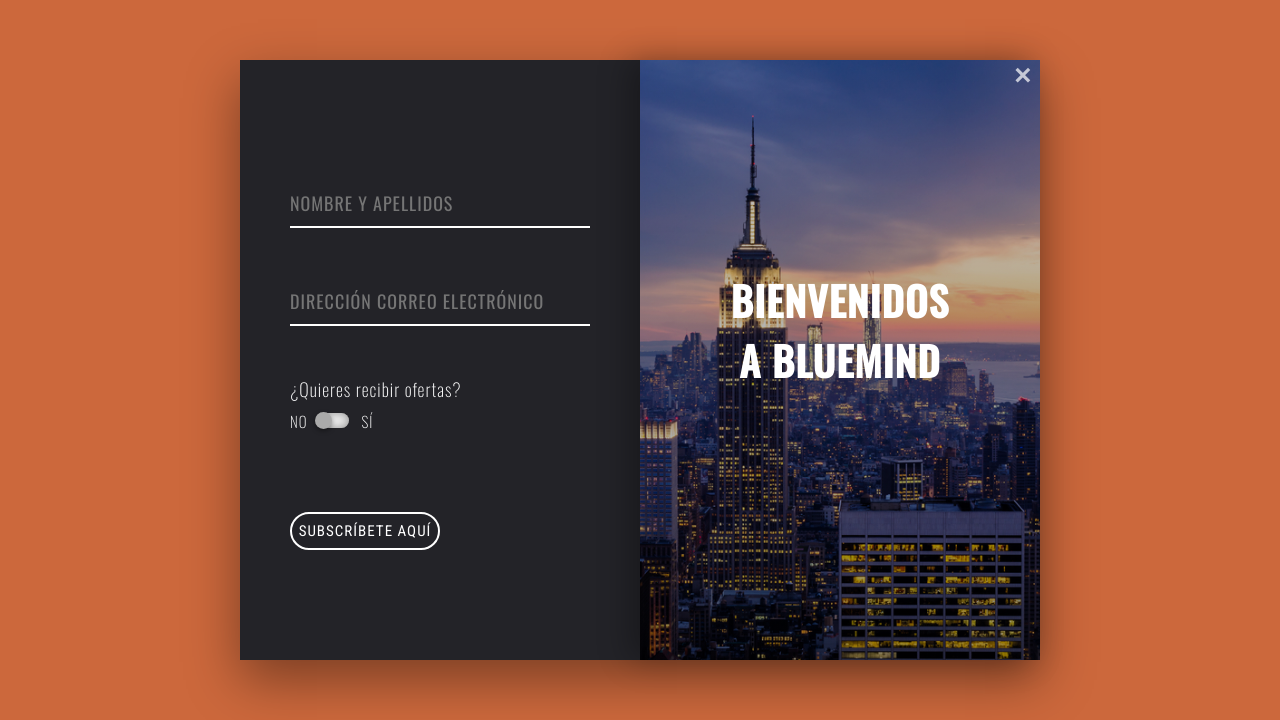
Repository: RaquelAlvarezz/Ejercicios-FormawebIV
Page: Formulario/index.html
An editor plug-in stored every save of this project. The page is shown before and after the next save, followed by the edit.
The browser window is 1280 px wide. The pictures show the whole page.
After loading, the first visible `button.banner-sub-here-btn` was clicked once.
Some web libraries are served in a nearby version.

Above is the page before, as saved 2021-11-23 12:56:12.

### Formulario/index.html
<!DOCTYPE html>
<html lang="es">
<head>
    <meta charset="UTF-8">
    <meta http-equiv="X-UA-Compatible" content="IE=edge">
    <meta name="viewport" content="width=device-width, initial-scale=1.0">
    <title>Formulario Inscripción</title>
    <link rel="stylesheet" href="https://use.fontawesome.com/releases/v5.3.1/css/all.css" integrity="sha384-mzrmE5qonljUremFsqc01SB46JvROS7bZs3IO2EmfFsd15uHvIt+Y8vEf7N7fWAU" crossorigin="anonymous">
    <link href="https://fonts.googleapis.com/css?family=Oswald:200,300,400,500|Roboto+Condensed:300,300i,400,400i,700,700i" rel="stylesheet">
    <link rel="stylesheet" href="css/styles.css">
    <link rel="icon" href="https://lh3.googleusercontent.com/proxy/iLEHHXcUK-X28HmqpzfNVjkdxhkdG-_PfK0vSEMkry-wnrLG-j4IqDrfDejFbzbjIlz1s-UCzpygYCWWsLXbGVNT2G_MOcw">
</head>
<body cz-shortcut-listen="true">
    <div class="container">
        <!-- Subscribe Here Screen -->
        <div class="banner-sub-here">
            <h1 class="banner-sub-here-heading">
                Subscríbete aquí
            </h1>
            <div class="arrow">
                <i class="fas fa-arrow-down"></i>
            </div>
            <button class="banner-sub-here-btn">Click Now</button>
        </div>
        <!-- form screen -->
        <div class="form-container">
            <form class="sign-up-form">
                <input type="text" class="form-input" placeholder="NOMBRE Y APELLIDOS">
                <input type="email" class="form-input" placeholder="DIRECCIÓN CORREO ELECTRÓNICO">
                <p>¿Quieres recibir ofertas?</p>
                <label>No</label>
                <input type="checkbox">
                <label>Sí</label>
                <button type="button">Subscríbete aquí</button>
            </form>
            <div class="header">
                <h1>Bienvenidos a BlueMind</h1>
            </div>
            <div class="x-btn">✕</div>
        </div>
    </div>
    <script src="js/script.js"></script>
</body>
</html>

### Formulario/css/styles.css
* {
	margin: 0;
	padding: 0;
}

element.style {
    background: rgb(49, 14, 90);
}
.container {
	width: 100%;
	height: 100vh;
	background: linear-gradient(rgba(0, 0, 0, .8), rgba(0, 0, 0, .7)), url(/Formulario/img/new-york-lighting-wallpaper-preview.jpg) center no-repeat;
	background-size: cover;
}

.banner-sub-here {
	color: #fff;
	width: 750px;
	position: absolute;
	top: 50%;
	left: 50%;
	transform: translate(-50%, -50%);
	/* banner text/elements */
	display: flex;
	flex-direction: column;
	justify-content: center;
	align-items: center;
	/* display: none; */
}

.banner-sub-here-heading {
	font-family: 'Roboto Condensed', sans-serif;
	font-size: 80px;
	text-transform: uppercase;
	margin-bottom: 80px;
	border-top: 7px solid #fff;
	border-bottom: 7px solid #fff;
}

.arrow {
	font-size: 50px;
	margin-bottom: 30px;
	animation: anim 3s infinite;
}

.banner-sub-here-btn {
	width: 200px;
	padding: 15px;
	font-family: 'Roboto Condensed', sans-serif;
	text-transform: uppercase;
	font-size: 17px;
	letter-spacing: 1px;
	background: transparent;
	color: #fff;
	border-radius: 50px;
	outline: none;
	cursor: pointer;
	border: 2px solid #fff;
	transition: transform;
}

.banner-sub-here-btn:hover {
	transform: translateY(-1px);
}

@keyframes anim {
	0% {
		transform: translateY(0);
	}
	20% {
		transform: translateY(0);
	}
	40% {
		transform: translateY(-30px);
	}
	50% {
		transform: translateY(0);
	}
	60% {
		transform: translateY(-15);
	}
	80% {
		transform: translateY(0);
	}
	100% {
		transform: translateY(0);
	}
}

.form-container {
	/* display: none; */
	display: flex;
	width: 800px;
	height: 600px;
	position: absolute;
	top: 50%;
	left: 50%;
	transform: translate(-50%, -50%);
	box-shadow: 0 20px 50px rgba(0, 0, 0, .4);
	/* can use fade effect ( can't if using display property)   */
	/* can use transistion with opacity */
	opacity: 0;
	visibility: hidden;
	transition: opacity 1s;
}

.sign-up-form {
	width: 50%;
	background-color: #232328;
	padding: 120px 50px;
	box-sizing: border-box; /* fixes size of element due to padding */
}

.form-input {
	width: 300px;
	font-family: 'Oswald', sans-serif;
	font-size: 18px;
	letter-spacing: 1px;
	color: white;
	background-color: transparent;
	border: none;
	border-bottom: 2px solid #fff;
	margin-bottom: 50px;
	outline: none;
	padding: 10px 0;
	transition: border-bottom-color .8s;
}

.form-input:focus {
	border-bottom-color: #4e024e;
}

.sign-up-form p {
	color: #fff;
	font-family: 'Oswald', sans-serif;
	font-size: 18px;
	letter-spacing: 1px;
	font-weight: 200;
	margin-bottom: 8px;
}

.sign-up-form label {
	color: #fff;
	font-family: 'Oswald', sans-serif;
	font-size: 15px;
	letter-spacing: 1px;
	font-weight: 200;
	text-transform: uppercase;
}

.sign-up-form input[type="checkbox"] {
	position: relative;
	/* chrome */
	-webkit-appearance: none;
	/* firefox */
	-moz-appearance: none;
	appearance: none;
	height: 15px;
	width: 30px;
	background-color: #eee;
	outline: none;
	border-radius: 20px;
	margin: 0 8px;
	/* inner shadow effect */
	box-shadow: inset 0 0 10px rgba(0, 0, 0, .4);
	transition: background-color .5s;
}

.sign-up-form input:checked[type="checkbox"] {
	background-color: #4e024e;
}

.sign-up-form input[type="checkbox"]::before {
	content: '';
	width: 17px;
	height: 17px;
	background-color: #aaa;
	position: absolute;
	border-radius: 50%;
	top: -1px;
	left: -4px;
	box-shadow: 0 2px 5px rgba(0, 0, 0, .4);
	transition: left .5s;
}

.sign-up-form input:checked[type="checkbox"]::before {
	left: 18px;
}

.sign-up-form button {
	width: 150px;
	display: block;
	margin-top: 80px;
	padding: 8px 5px;
	background-color: transparent;
	color: #fff;
	outline: none;
	border-radius: 50px;
	border: 2px solid #fff;
	text-transform: uppercase;
	cursor: pointer;
	font-family: 'Roboto Condensed', sans-serif;
	font-size: 15px;
	letter-spacing: 1px;
}

.header {
	width: 50%;
	background: linear-gradient(to top, rgba(0, 0, 0, .4), rgba(0, 0, 0, .2)), url(/Formulario/img/NYC-skyscrappers-sunset.jpg) center no-repeat;
	background-size: cover;
	box-shadow: -10px 0 30px rgba(0, 0, 0, .3);
	position: relative;
}

.header h1 {
	position: absolute;
	top: 35%;
	left: 50%;
	transform: translateX(-50%);
	text-align: center;
	color: #fff;
	font-family: 'Oswald', sans-serif;
	font-size: 40px;
	text-transform: uppercase;
	letter-spacing: 1px;
	text-shadow: #232328;
}

.x-btn {
	position: absolute;
	bottom: 95%;
	right: 1%;
	font-size: 23px;
	font-weight: bold;
	color: #ffffff;
	cursor: pointer;
	opacity: 0.7;
}

/* going down from desktop, at around 850 view started breaking */
@media (max-width: 850px) {
	.form-container {
		width: 600px;
		height: 400px;
	}
	.sign-up-form {
		padding: 50px 30px;
	}

	.form-input {
		width: 200px;
		font-size: 14px;
		margin-bottom: 25px;
		padding: 7px 0;
	}

	.sign-up-form p {
		font-size: 15pxx;
	}

	.sign-up-form label {
		font-size: 13px;
	}

	.sign-up-form input[type="checkbox"] {
		width: 25px;
		height: 12px;
	}

	.sign-up-form input[type="checkbox"]::before {
		width: 14px;
		height: 14px;
	}

	.sign-up-form button {
		margin-top: 50px;
		font-size: 13px;
		padding: 6px 4px;
		width: 120px;
		border-width: 1px;
	}

	.header h1 {
		font-size: 30px;
	}
}

@media (max-width: 800px) {
	.banner-sub-here {
		width: 450px;
	}
	.banner-sub-here-heading {
		font-size: 60px;
		margin-bottom: 40px;
		border-width: 4px;
	}
	.arrow {
		font-size: 30px;
	}

	.banner-sub-here-btn {
		width: 150px;
		padding: 10px;
		font-size: 15px;
	}
}

@media (max-width: 500px) {
	.banner-sub-here {
		width: 300px;
	}
	.banner-sub-here-heading {
		font-size: 40px;
	}
}

/* going down from desktop, at around 650 view started breaking */
@media (max-width: 650px) {
	.header {
		display: none;
	}
	.form-container {
		width: 300px;
	}

	.sign-up-form {
		width: 100%;
	}
}

### Formulario/js/script.js
// click button will hide subscriber page
//  and  form will fade in

document.querySelector('.banner-sub-here-btn').addEventListener('click', () => {
	//  want to hide banner sub page
	document.querySelector('.banner-sub-here').style.display = 'none';
	// form will fade in
	// cssText allows us to change several css properties
	document.querySelector('.form-container').style.cssText = 'opacity: 1; visibility: visible;';
	document.querySelector('.container').style.background = '#cc683c';
});

// click X to close will hide form and display subscriber page
document.querySelector('.x-btn').addEventListener('click', () => {
	document.querySelector('.banner-sub-here').style.display = 'flex';
	// form will fade in
	// cssText allows us to change several css properties
	document.querySelector('.form-container').style.cssText = 'opacity: 0; visibility: hidden;';
	document.querySelector('.container').style.cssText =
		'background: linear-gradient(rgba(0, 0, 0, .8), rgba(0, 0, 0, .7)), url(images/bg1.jpeg) center no-repeat;background-size: cover';
});

After the next save:
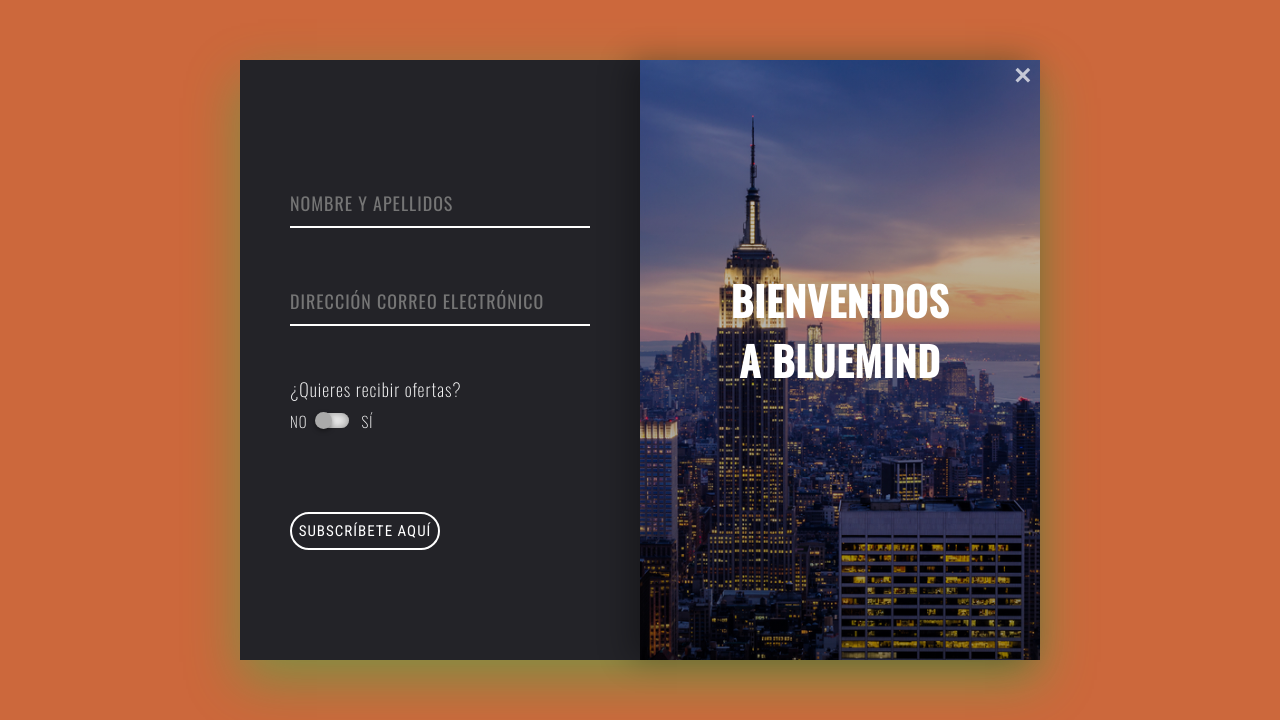
Saved 52 s later.
--- a/Formulario/css/styles.css
+++ b/Formulario/css/styles.css
@@ -3,9 +3,7 @@
 	padding: 0;
 }
 
-element.style {
-    background: rgb(49, 14, 90);
-}
+
 .container {
 	width: 100%;
 	height: 100vh;
@@ -96,7 +94,7 @@
 	top: 50%;
 	left: 50%;
 	transform: translate(-50%, -50%);
-	box-shadow: 0 20px 50px rgba(0, 0, 0, .4);
+	box-shadow: 0 20px 50px rgba(12, 201, 75, 0.4);
 	/* can use fade effect ( can't if using display property)   */
 	/* can use transistion with opacity */
 	opacity: 0;
